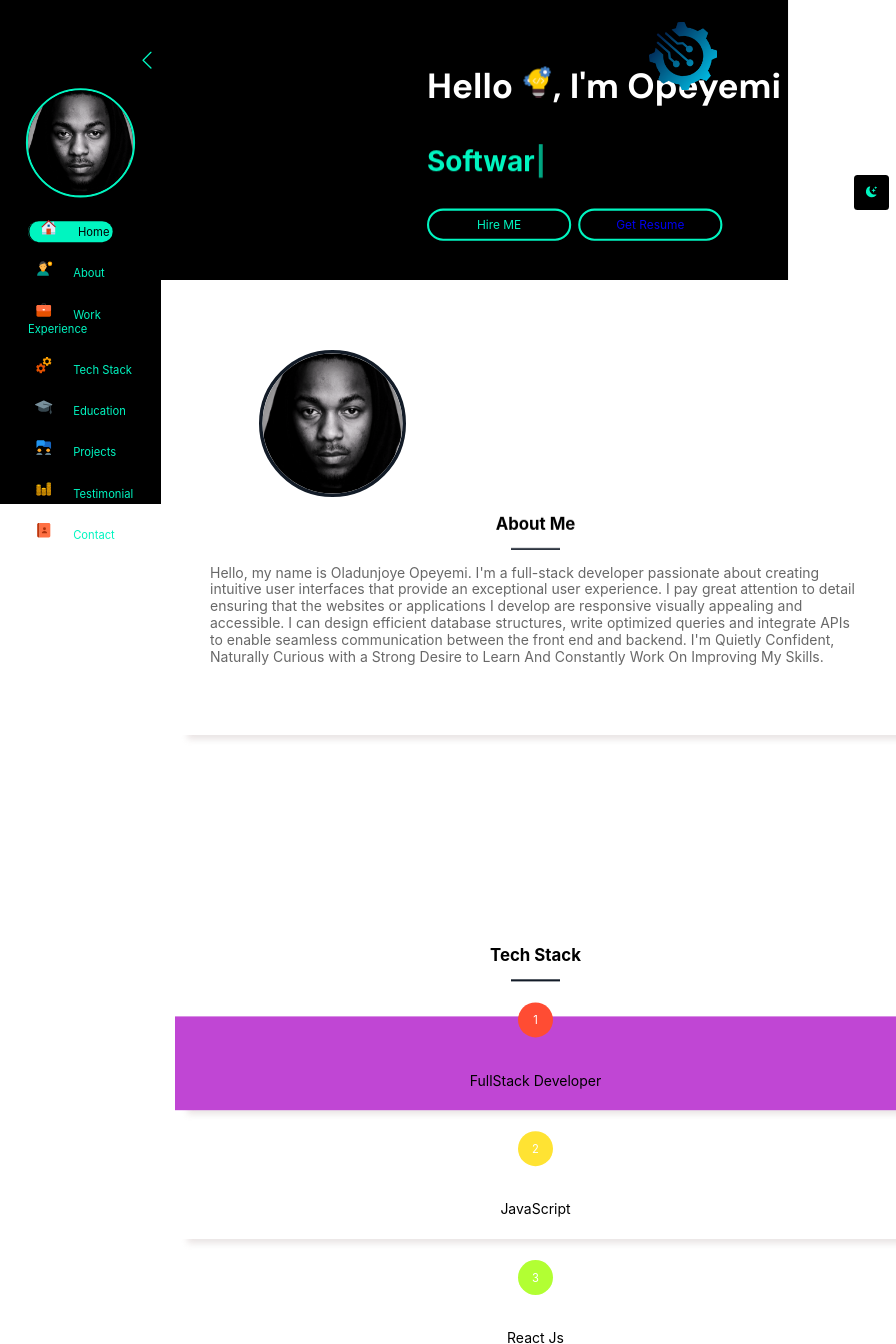
Repository: Laoye99/portfolio
Page: /
An editor plug-in stored every save of this project. The page is shown before and after a run of saves, followed by the edit.
The browser window is 1280 px wide. The pictures show the part of the page from y = 0 to 1920 px (the page is 3177 px tall), at 70% of full size.
The project was rebuilt for these pictures with package versions that can differ from the ones it lists, and the page was loaded fresh each time. Imported but missing from the stored project, and not drawn on this page: src/components/Home/MyResume.pdf.

Above is the page before, as saved 2024-02-15 13:58:41.

### src/App.js
import './App.css';
import { createContext, useState } from 'react';
import ScrollToTop from 'react-scroll-to-top';
import Navbar from './components/SideNav/Navbar';
import Sidebar from './components/SideNav/Sidebar';
import About from './components/About/About';
import TechStack from './components/TechStack/TechStack';

export const ThemeContext = createContext(null);

const App = () => {
  const [theme, setTheme] = useState("light");

  const changeTheme = () => {
    setTheme((prev) => (prev === "light" ? "dark" : "light"));
  };
  return (
    <ThemeContext.Provider value={{ theme, changeTheme }}>
    <div id={theme}>
    <Navbar/>
    <Sidebar changeTheme={changeTheme} theme={theme}/>
    <About/>
    <TechStack/>
    </div>
    <ScrollToTop
    top="200"
    smooth
    height="20"
    width="20"
    color="#00f5c0"
    style={{ borderRadius: "90px ", backgroundColor: "#000000" }}
    />
    </ThemeContext.Provider>
  );
}

export default App;

### src/App.css
::-webkit-scrollbar {
  width: 8px;
  height: auto;
}

::-webkit-scrollbar-track {
  box-shadow: inset 0 0 5px rgb(103, 100, 109);
}

::-webkit-scrollbar-thumb {
  background-color: #121b27;
  border-radius: 5px;
}

::-webkit-scrollbar-thumb:hover {
  background-color: rgba(189, 59, 210, 0.94);
}

#dark {
  background-color: #273746;
  color: #ffffff;
}

### src/components/SideNav/Navbar.js
import { useState } from "react";
import "./Navbar.css";
import {GiHamburgerMenu} from "react-icons/gi";
import { Link } from "react-scroll";
import {
    FcHome,
    FcBriefcase,
    FcContacts,
    FcServices,
    FcCollaboration,
    FcPortraitMode } from "react-icons/fc";
import {FaUser} from "react-icons/fa";

const Navbar = () => {
    const [open, setOpen] = useState(false);

    const handleClick = () => {
        setOpen(!open);
    };
    return(
        <div className="navbar">
        <div className="navbar-header">
        <p>
        <GiHamburgerMenu size={25} onClick={handleClick} />
        </p>
        </div>
        {open ? (
        <div className="nav">
        <ul>
        <li className="nav-item">
        <Link
        to="home"
        spy={true}
        smooth={true}
        duration={100}
        offset={-100}
        >
        <FcHome size={25}/>
        Home
        </Link>
        </li>
        <li className="nav-item">
        <Link
        to="about"
        spy={true}
        smooth={true}
        duration={100}
        offset={-100}
        >
        <FcPortraitMode size={25}/>
        About
        </Link>
        </li>
        <li className="nav-item">
        <Link
        to="project"
        spy={true}
        smooth={true}
        duration={100}
        offset={-100}
        >
        <FcBriefcase  size={25}/>
        Work Experience
        </Link>
        </li>
        <li className="nav-item">
        <Link
        to="stack"
        spy={true}
        smooth={true}
        duration={100}
        offset={-100}
        >
        <FcServices  size={25} />
        Tech Stack
        </Link>
        </li>
        <li className="nav-item">
        <Link
        to="project"
        spy={true}
        smooth={true}
        duration={100}
        offset={-100}
        >
        <FcCollaboration   size={25} />
        Projects
        </Link>
        </li>
        <li className="nav-item">
        <Link
        to="contact"
        spy={true}
        smooth={true}
        duration={100}
        offset={-100}
        >
        <FcContacts size={25}/>
        Contact
        </Link>
        </li>
        </ul>
        </div>
        ) : null}
        </div>
    );
};

export default Navbar;

### src/components/SideNav/Sidebar.js
import { useState } from "react";
import { BsChevronLeft, BsChevronRight } from "react-icons/bs";
import "./Sidebar.css";
import SidebarList from "./SidebarList";
import Home from "../Home/Home";


const Sidebar = ({ theme,changeTheme }) => {
    const [expandSidebar, setExpandSidebar] = useState(true);

    const handleExpandClick = () => {
        setExpandSidebar(!expandSidebar);
    };
    return(
        <div className="container-fluid sidebar-section">
        <div className={expandSidebar ? "sidebar-expand sidebar" : "sidebar"}>
        <div className="icon-sidebar">
        <p onClick={handleExpandClick}>
        {expandSidebar ? (
            <BsChevronLeft size={30} color="#00f5c0"/>
            ) : (
        <BsChevronRight size={30} color="#00f5c0"/>
            )}
        </p>
        </div>
        <SidebarList expandSidebar={expandSidebar} />
        </div>
        <div className="container-fluid">
          <Home changeTheme = {changeTheme} theme = {theme}/>
        </div>

        </div>
    );
};

export default Sidebar;

### src/components/About/About.js
import React from "react";
import ProfilePic from "../../Image/Screenshot (29).png";
import {Fade} from "react-awesome-reveal";
import {Flip} from "react-awesome-reveal";
import './About.css';
const About = () => {
    return(
        <div className="container about-section" id="about">
    <div className="row">
      <Fade bottom>
        <div className="col-xl-6 col-lg-6 col-md-12 col-sm-12">
          <div className="about-image">
            <img src={ProfilePic} alt="Profile" />
          </div>
        </div>
      </Fade>
      <div className="col-xl-6 col-lg-6 col-md-12 col-sm-12">
        <div className="about-details">
          <Flip left>
            <div className="about-title">
              <h2>About Me</h2>
              <span className="line"></span>
            </div>
          </Flip>

          <Fade right>
            <p className="description">
              Hello, my name is Oladunjoye Opeyemi.
              I'm a full-stack developer
              passionate about creating intuitive
              user interfaces that provide
              an exceptional user experience.
              I pay great attention to detail
              ensuring that the websites or applications
              I develop are responsive
              visually appealing and accessible.
              I can design efficient database
              structures, write optimized queries
              and integrate APIs to enable
              seamless communication between
              the front end and backend.
              I'm Quietly Confident, Naturally Curious
               with a Strong Desire to
              Learn And Constantly Work On Improving My Skills.
            </p>
          </Fade>
        </div>
      </div>
    </div>
  </div>
    )
};

export default About;

### src/components/SideNav/Navbar.css
.navbar {
    position: sticky;
    top: 0;
    z-index: 1;
  }

  .navbar-header {
    width: 100%;
    background-color: #00f5c0;
    color: #000000;
    padding: 5px;
  }

  .navbar-header p svg {
    margin-left: 10px;
    cursor: pointer;
    margin-top: 20px;
    margin-right: 5px;
  }

  .nav {
    height: auto;
    width: 210px;
    background-color: #000000;
    margin-top: 30px;
    padding-top: 10px;
    padding-bottom: 10px;
  }

  .nav ul li {
    color: #000000;
    list-style-type: none;
    cursor: pointer;
    text-decoration: none;
    margin-top: 30px;
  }

  .nav ul li a {
    text-decoration: none;
    color: #00f5c0;
  }

  .nav-item .active {
    color: #000000;
    background-color: #00f5c0;
    border-radius: 90px;
    padding: 5px;
    width: 100%;
  }

  @media (min-width: 1000px) {
    .navbar {
      display: none;
    }
  }

### src/components/SideNav/Sidebar.css
.sidebar-section {
    display: flex;
    /* background-color: #030303da; */
  }

  .sidebar {
    height: 100vh;
    background-color: #000000;
    width: 95px;
    position: fixed;
  }

  .sidebar-expand {
    width: 230px;
  }

  .container-fluid {
    padding-left: 0px !important;
    padding-right: 0px !important;
    overflow: hidden;
  }

  .icon-sidebar {
    display: flex;
    align-items: right;
    justify-content: right;
    cursor: pointer;
  }

  .icon-sidebar p svg {
    background-color: #000000;
    padding: 5px;
    color: #00f5c0;
    border-radius: 5px;
    margin-top: 50px;
  }

  @media (max-width: 1000px) {
    .sidebar {
      display: none;
    }
  }

### src/components/Home/Home.js
import React from 'react';
import Typewriter from 'typewriter-effect';
import { BsFillMoonStarsFill, BsSun } from 'react-icons/bs';
import { Fade } from 'react-awesome-reveal';
import concept from "../../Image/concept.png";
import automation from "../../Image/automation.png";
import "./Home.css";
import MyCv from './MyResume.pdf';



const Home = ({theme, changeTheme}) => {
    return(
        <div className='container-fluid home' id="home">
        <div  className='theme-change' onClick={changeTheme}>
        {theme === "light" ? (
            <p>
            <BsFillMoonStarsFill />{" "}
            </p>
            ) : (
                <p className='sun-light-icon'>
                <BsSun/>
                </p>
            )}
        </div>

        <div className='container home-content'>
        <Fade right>
        <h1>
        Hello <img alt='vector' src={concept}/>, I'm Opeyemi
        </h1>

        <h2>
        <Typewriter
        options={{
            strings: [
              "Frontend Developer",
              "Backend Developer",
              "Software Engineer",
            ],
            autoStart: true,
            loop: true,
            delay: 5,
          }}
        />
        </h2>
        </Fade>

        <Fade bottom>
        <div className='button-for-action'>
        <div className='hire-me-button'>Hire ME</div>
        <div className="get-resume-button">
              <a href={MyCv} download="Opeyemi_cv">
                Get Resume
              </a>
            </div>
        </div>
        </Fade>
        <img className='automation' alt='automation' src={automation}/>
        </div>
        </div>
    )

};

export default Home;

### src/components/About/About.css
.about-section {
    box-shadow: 15px 9px 9px -2px rgba(230, 224, 244, 0.86);
    -webkit-box-shadow: 15px 9px 9px -2px rgba(230, 224, 224, 0.86);
    -moz-box-shadow: 15px 9px 9px -2px rgba(230, 224, 224, 0.86);

    margin-top: 50px;
    height: 600px;
    margin-left: 250px;
    padding: 0px 50px;
  }

  #dark .about-section {
    box-shadow: none;
    background-color: #17202a;
    box-shadow: -6px 11px 5px -4px rgba(0, 0, 0, 0.42);
    -webkit-box-shadow: -6px 11px 5px -4px rgba(0, 0, 0, 0.42);
    -moz-box-shadow: -6px 11px 5px -4px rgba(0, 0, 0, 0.42);
  }

  .about-image img {
    height: 200px;
    width: 200px;
    border-radius: 190px;
    margin-top: 50px;
    margin-left: 70px;
    border: 5px solid #121b27;
    object-fit: cover;
  }

  #dark .about-image img {
    border: 5px solid #ffffff;
  }

  .about-details {
    margin: 0;
  }

  .about-title h2 {
    text-align: center;
  }
  .description {
    font-size: 20px;
    color: #686868;
  }

  #dark .description {
    color: #ffffff;
  }

  .line {
    display: block;
    width: 70px;
    height: 3px;
    margin: 1px auto;
    background-color: #121b27;
  }

  #dark .line {
    background-color: #ffffff;
  }

  @media (max-width: 1000px) {
    .about-image {
      display: none;
    }
    .about-section {
      margin: 50px auto;
      height: auto;
    }
  }

### src/components/TechStack/TechStack.css
.techstack-section {
    margin-top: 300px;
    height: auto;
    margin-bottom: 40px;
    margin-left: 250px;
  }

  .section-title h2 {
    text-align: center;
  }

  .tech-content {
    padding: 10px;
    color: #000;
    margin-top: 50px;
    box-shadow: 15px 9px 9px -2px rgba(230, 224, 244, 0.86);
    -webkit-box-shadow: 15px 9px 9px -2px rgba(230, 224, 224, 0.86);
    -moz-box-shadow: 15px 9px 9px -2px rgba(230, 224, 224, 0.86);
  }

  #dark .tech-content {
    background-color: #03945c;
    color: #ffffff;
    box-shadow: -6px 11px 5px -4px rgba(0, 0, 0, 0.42);
    -webkit-box-shadow: -6px 11px 5px -4px rgba(0, 0, 0, 0.42);
    -moz-box-shadow: -6px 11px 5px -4px rgba(0, 0, 0, 0.42);
  }

  #dark .tech-content:hover {
    background-color: #121b27;
    transition-duration: 1s;
  }

  .tech-content-marked {
    background-color: rgba(189, 59, 210, 0.94);
  }

  .tech-content p {
    text-align: center;
    padding-top: 30px;
    font-size: 20px;
  }

  .tech-content:hover {
    background-color: #121b27;
    color: #fff;
    cursor: pointer;
    transition-duration: 1s;

    box-shadow: -6px 11px 5px -4px rgba(0, 0, 0, 0.42);
    -webkit-box-shadow: -6px 11px 5px -4px rgba(0, 0, 0, 0.42);
    -moz-box-shadow: -6px 11px 5px -4px rgba(0, 0, 0, 0.42);
  }

  .tech-number {
    border-radius: 90px;
    height: 50px;
    width: 50px;
    color: #fff;
    text-align: center;
    align-items: center;
    justify-content: center;
    display: block;
    margin: 0 auto;
    margin-top: -30px;
    line-height: 50px;
  }

  .load-more {
    background-color: #121b27;
    width: 150px;
    padding: 10px;
    color: #ffffff;
    text-align: center;
    justify-content: center;
    cursor: pointer;
    display: table;
    margin-left: auto;
    margin-right: auto;
    margin-top: 35px;
    border-radius: 5px;
    margin-bottom: 40px;
    font-size: 20px;
  }

  #dark .load-more {
    background-color: #17202a;
  }

  .load-more:hover {
    background-color: rgba(189, 59, 210, 0.94);
    transition-duration: 1s;
  }
  #dark .load-more:hover {
    background-color: #121b27;
    transition-duration: 1s;
  }

  @media (max-width: 1000px) {
    .techstack-section {
      margin: 50px auto;
    }
  }

### src/components/SideNav/SidebarList.css
.sidebar-profile-pic img {
    border-radius: 90px;
    margin-top: 10px;
    height: 150px;
    width: 150px;
    display: flex;
    vertical-align: middle;
    margin: 0 auto;
    object-fit: cover;
    border: 3px solid #00f5c0;
  }

  .navbar-items ul li {
    color: #00f5c0;
    list-style-type: none;
    cursor: pointer;
    margin-top: 30px;
  }

  .navbar-items ul li svg {
    margin-right: 25px;
    margin-left: 10px;
  }

  .navbar-items-only-icons ul li {
    margin-top: 30px;
    cursor: pointer;
    list-style-type: none;
  }

  .navbar-items-only-icons ul li svg {
    margin-left: 10px;
  }

  .navbar-items ul li a {
    text-decoration: none;
  }
  .nav-item .active {
    border-left: 2px solid #000000;
    color: #000000;
  }

### src/components/Home/Home.css
@import url("https://fonts.googleapis.com/css2?family=DM+Sans:wght@700&display=swap");

.home {
  height: 400px;
  background-color: #000000;
  color: #00f5c0;

}

.home-content {
  padding: 10px;
  margin-top: 30px;
  margin-left: 600px;
  position: relative;
}
/* rgba(189, 59, 210, 0.94) */

.home-content h1 {
  font-family: DM Sans;
  font-size: 50px;
  font-weight: 700;
  line-height: 6.2rem;
  color: #ffffff;
}

.home-content h1 img {
  width: 45px;
}

.home-content h2 {
  margin-top: 20px;
  color: #00f5c0;
  font-size: 40px;
}

.button-for-action {
  display: flex;
}

.hire-me-button {
  background-color: #000000;
  text-align: center;
  width: 180px;
  padding: 10px;
  border-radius: 90px;
  border: 3px solid #00f5c0;
  cursor: pointer;
  margin-top: 10px;
  font-size: 17px;
}

.hire-me-button:hover {
  background-color: #00f5c0;
  width: 250px;
  color: #000;
  transition-duration: 1s;
  font-size: 20px;
}
.get-resume-button {
  background-color: #000000;
  text-align: center;
  width: 180px;
  padding: 10px;
  border-radius: 90px;
  border: 3px solid #00f5c0;
  cursor: pointer;
  margin-top: 10px;
  margin-left: 10px;
  font-size: 17px;
}

.get-resume-button:hover {
  background-color: #00f5c0;
  width: 250px;
  color: #000;
  transition-duration: 1s;
  font-size: 20px;
}

.get-resume-button a {
  text-decoration: none;
}

.automation {
  position: absolute;
  top: 0;
  right: 100px;
  height: 100px;
  animation: rotation infinite 5s linear;
}

@media (max-width: 450px) {
  .automation {
    bottom: 0;
  }
}

.theme-change {
  justify-content: center;
  height: 50px;
  width: 50px;
  background-color: #000000;
  right: 0;
  margin-right: 10px;
  text-align: center;
  vertical-align: middle;
  line-height: 20px;
  position: fixed;
  top: 150;
  margin-top: 250px;
  border-radius: 5px;
  cursor: pointer;
  z-index: 1;
}

.sun-light-icon {
  animation: rotation infinite 5s linear;
}

@keyframes rotation {
  from {
    transform: rotate(0deg);
  }

  to {
    transform: rotate(360deg);
  }
}
@media (max-width: 1000px) {
  .home-content {
    margin: 30px auto;
  }
}

Loaded but not shown: public/index.html (common file); src/index.js (common file); src/index.css (common file); src/reportWebVitals.js (common file); src/components/SideNav/SidebarList.js (185 lines, source omitted); src/components/TechStack/TechStack.js (155 lines, source omitted)

After the next 3 saves:
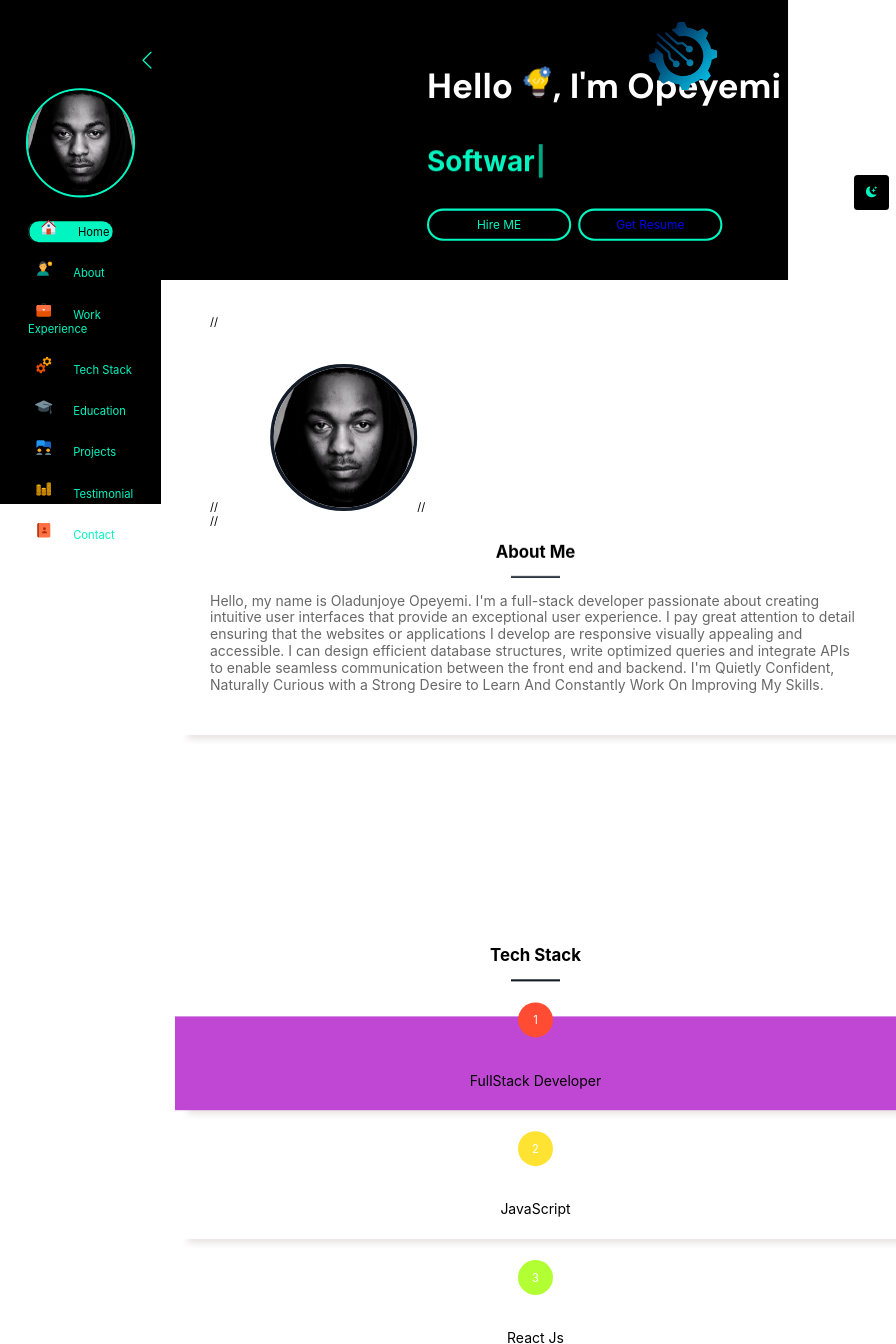
The 3 saves are shown as one change because they came seconds apart.
The last was saved 54 s later.
--- a/src/components/About/About.js
+++ b/src/components/About/About.js
@@ -8,11 +8,11 @@
         <div className="container about-section" id="about">
     <div className="row">
       <Fade bottom>
-        <div className="col-xl-6 col-lg-6 col-md-12 col-sm-12">
-          <div className="about-image">
-            <img src={ProfilePic} alt="Profile" />
-          </div>
-        </div>
+        // <div className="col-xl-6 col-lg-6 col-md-12 col-sm-12">
+        //   <div className="about-image">
+        //     <img src={ProfilePic} alt="Profile" />
+        //   </div>
+        // </div>
       </Fade>
       <div className="col-xl-6 col-lg-6 col-md-12 col-sm-12">
         <div className="about-details">

After the save that followed:
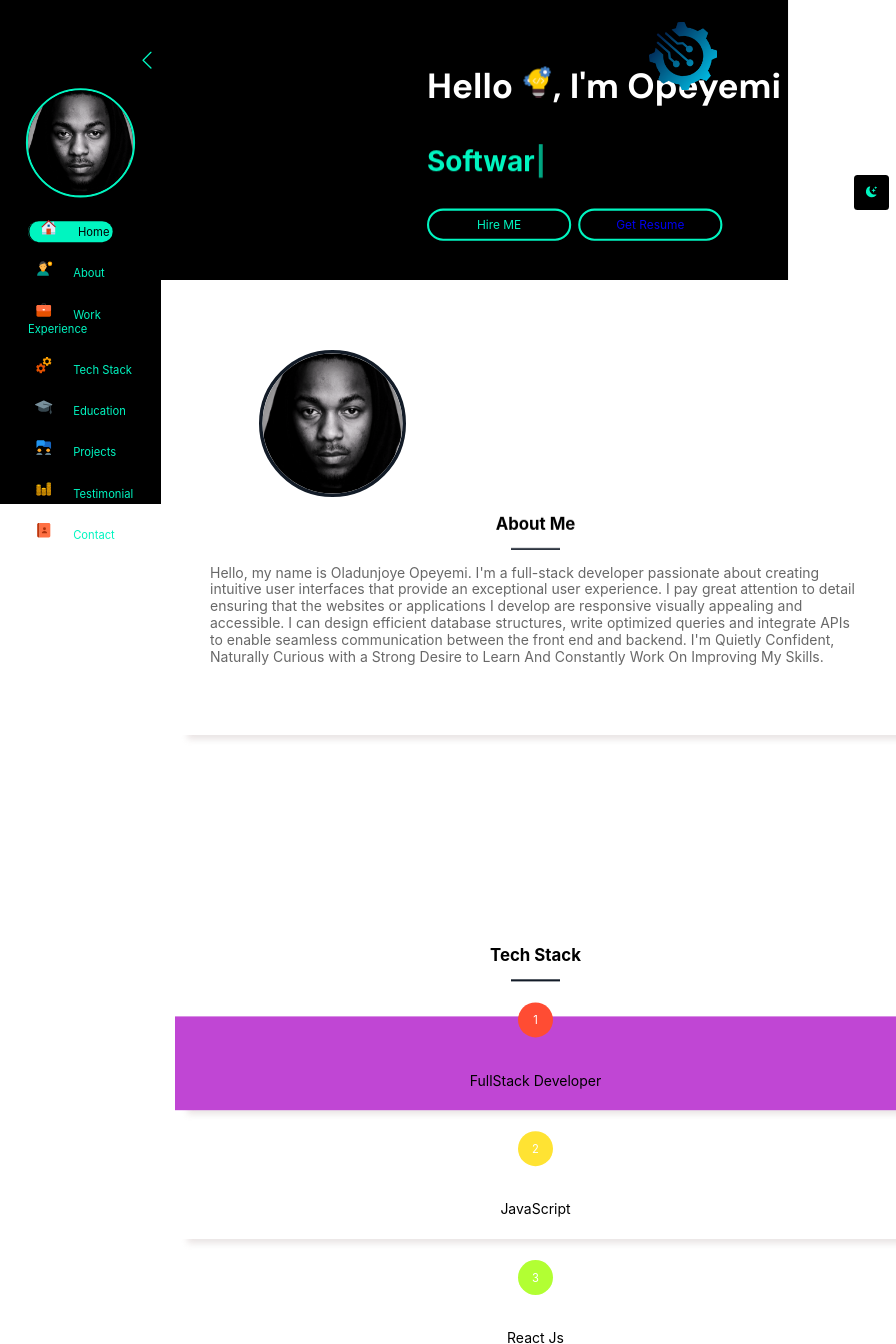
Saved 5 s later.
--- a/src/components/About/About.js
+++ b/src/components/About/About.js
@@ -8,11 +8,11 @@
         <div className="container about-section" id="about">
     <div className="row">
       <Fade bottom>
-        // <div className="col-xl-6 col-lg-6 col-md-12 col-sm-12">
-        //   <div className="about-image">
-        //     <img src={ProfilePic} alt="Profile" />
-        //   </div>
-        // </div>
+        <div className="col-xl-6 col-lg-6 col-md-12 col-sm-12">
+          <div className="about-image">
+            <img src={ProfilePic} alt="Profile" />
+          </div>
+        </div>
       </Fade>
       <div className="col-xl-6 col-lg-6 col-md-12 col-sm-12">
         <div className="about-details">
